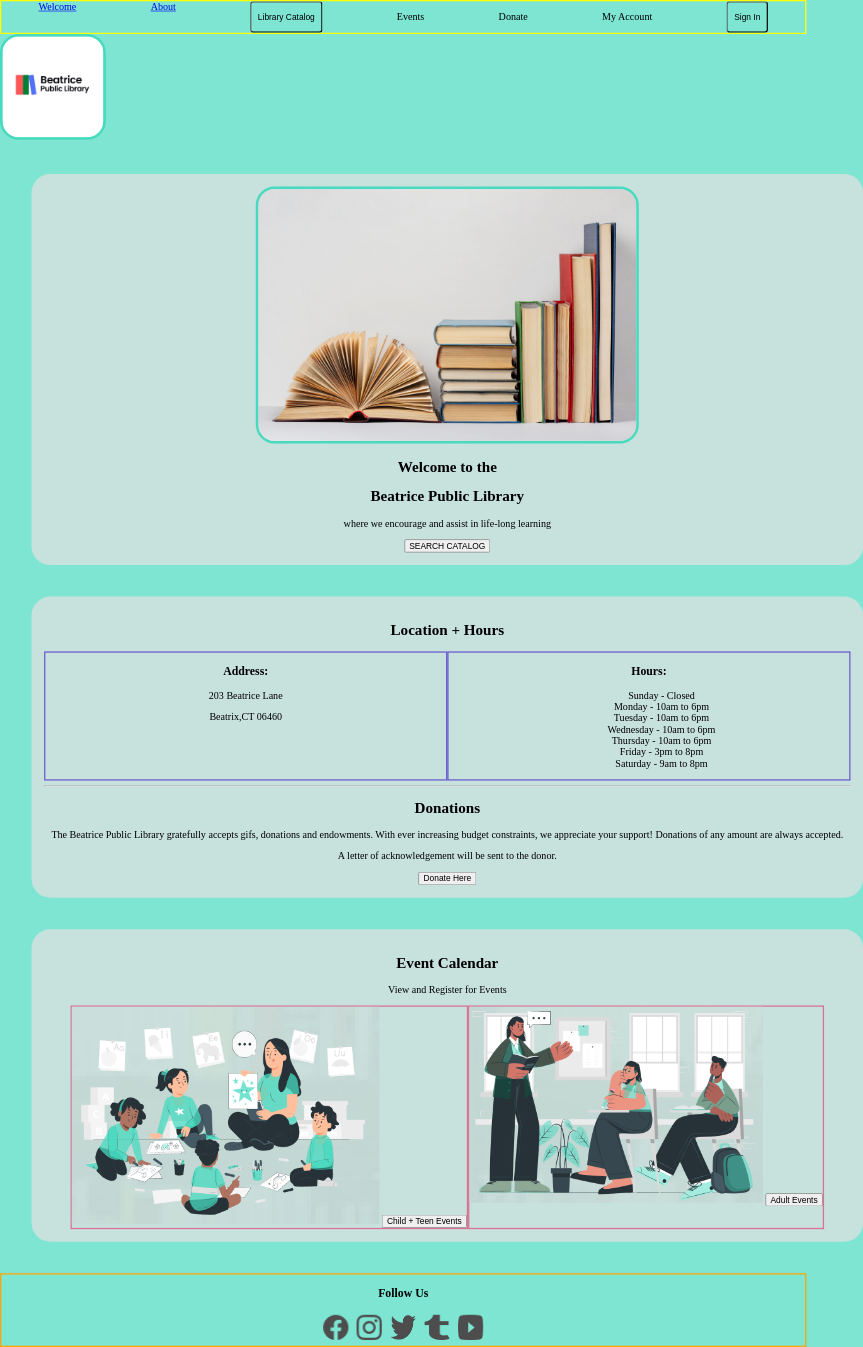
Repository: cokoduwa/RA-Wk5-Library
Page: index.html
The author's editor kept a copy of each file at every save. The page is drawn from the files as they stood at one save, then again after the next save.
The browser window is 1280 px wide. The page is 1370 px wide, so the pictures cover 1370 px, including what lies to the right of the window. The pictures show the whole page, at 63% of full size.

Above is the page before, as saved 2023-01-17 22:08:27.

### index.html
<!DOCTYPE html>
<html lang="en">
<head>
    <meta charset="UTF-8">
    <meta http-equiv="X-UA-Compatible" content="IE=edge">
    <meta name="viewport" content="width=device-width, initial-scale=1.0">
    <link rel="stylesheet" href="index.css">
    <title>Beatrice Public Library</title>
</head>
<body>
    <nav>
        <div class="menu-options">
            <a href="index.html">Welcome</a>
            <a href="about.html">About</a>
            <button>Library Catalog</button>
            <p>Events</p>
            <p>Donate</p>
            <p>My Account</p>
            <button>Sign In</button>
        </div>
    </nav>

    <main>

        <img id="logo" src="images/BPLcanvaLogo.jpeg" alt="BPL Logo">

        <section class="intro">
            <img src="images/books.png" alt="Books lined up">
            <h2>Welcome to the </h2>
            <h1>Beatrice Public Library</h1>
            <p>where we encourage and assist in life-long learning</p>
            <button>SEARCH CATALOG</button>
        </section>

        <section id="info">
            <h2>Location + Hours</h2>
            <div class="info">
                <div class="address">
                    <h3>Address: </h3>
                    <p>203 Beatrice Lane</p>
                    <p>Beatrix,CT 06460</p>
                </div>

                <div class="hours">
                    <h3>Hours:</h3>
                    <ul>
                        <li>Sunday - Closed</li>
                        <li>Monday - 10am to 6pm</li>
                        <li>Tuesday - 10am to 6pm</li>
                        <li>Wednesday - 10am to 6pm</li>
                        <li>Thursday - 10am to 6pm</li>
                        <li>Friday - 3pm to 8pm</li>
                        <li>Saturday - 9am to 8pm</li>
                    </ul>
                </div>

            </div>

            <hr>
            <h2>Donations</h2>
            <p>The Beatrice Public Library gratefully accepts gifs, donations and endowments. With ever
                increasing budget constraints, we appreciate your support! Donations of any amount are
                always accepted.</p>
            <p>A letter of acknowledgement will be sent to the donor.</p>
            <button>Donate Here</button>
        </section>

        <section class="events">
            <h2>Event Calendar</h2>
            <p>View and Register for Events</p>

            <div class="event-types">
                <div class="child">
                    <img src="images/child.png" alt="Teacher and children">
                    <button>Child + Teen Events</button>
                </div>

                <div class="adult">
                    <img src="images/adults.png" alt="Teacher and adult students">
                    <button>Adult Events</button>
                </div>

            </div>


        </section>

    </main>

    <footer>
        <h3>Follow Us</h3>
        <img class="social-media-logos" src="images/facebook.png" alt="Facebook Logo">
        <img class="social-media-logos" src="images/instagram.png" alt="Instagram Logo">
        <img class="social-media-logos" src="images/twitter.png" alt="Twitter Logo">
        <img class="social-media-logos" src="images/tumblr.png" alt="Tumblr Logo">
        <img class="social-media-logos" src="images/youtube.png" alt="YouTube Logo">
    </footer>

</body>
</html>

### index.css
body {
    margin: 0;
    background: rgb(70, 218, 191, 0.7);
}

/* main {
    background-image: url(images/library.png);
    opacity: 0.3;
    background-repeat: no-repeat;
} */

nav {
    border: 2px yellow solid;
}

.menu-options{
    display: flex;
    justify-content: space-around;
}

nav button {
    background: none;
    padding: 5px 10px;
    border-radius: 5px;
}

#logo {
    border: 2px green solid;
    width: 10em;
    border-radius: 30px;
    border: 4px solid #46DABF;
}

section{
    /* border: 2px blueviolet solid; */
    background: rgba(224, 224, 224, 0.75);
    width: 100%;
    margin: 50px;
    padding: 20px;
    border-radius: 30px;

}

.intro {
    text-align: center;
}

.intro img {
    width: 600px;
    height: 400px;
    border-radius: 30px;
    border: 4px solid #46DABF;
}

.info {
    display:grid;
    grid-template-columns: 1fr 1fr;

}

li {
    list-style: none;
}

#info{
    text-align: center;
}

.hours, .address {
    border: 2px slateblue solid;
}

.events h2, .events p {
    text-align: center;

}

.event-types{
    display: flex;
    justify-content: center;
    /* display: grid;
    grid-template-columns: 1fr 1fr; */
}

.child, .adult {
    border: 2px palevioletred solid;
}

footer {
    border: 2px orange solid;
    text-align: center;
}

.social-media-logos{
    width: 2.5em;
    height: 2.5em;
    padding: .3em;
}

After the next save:
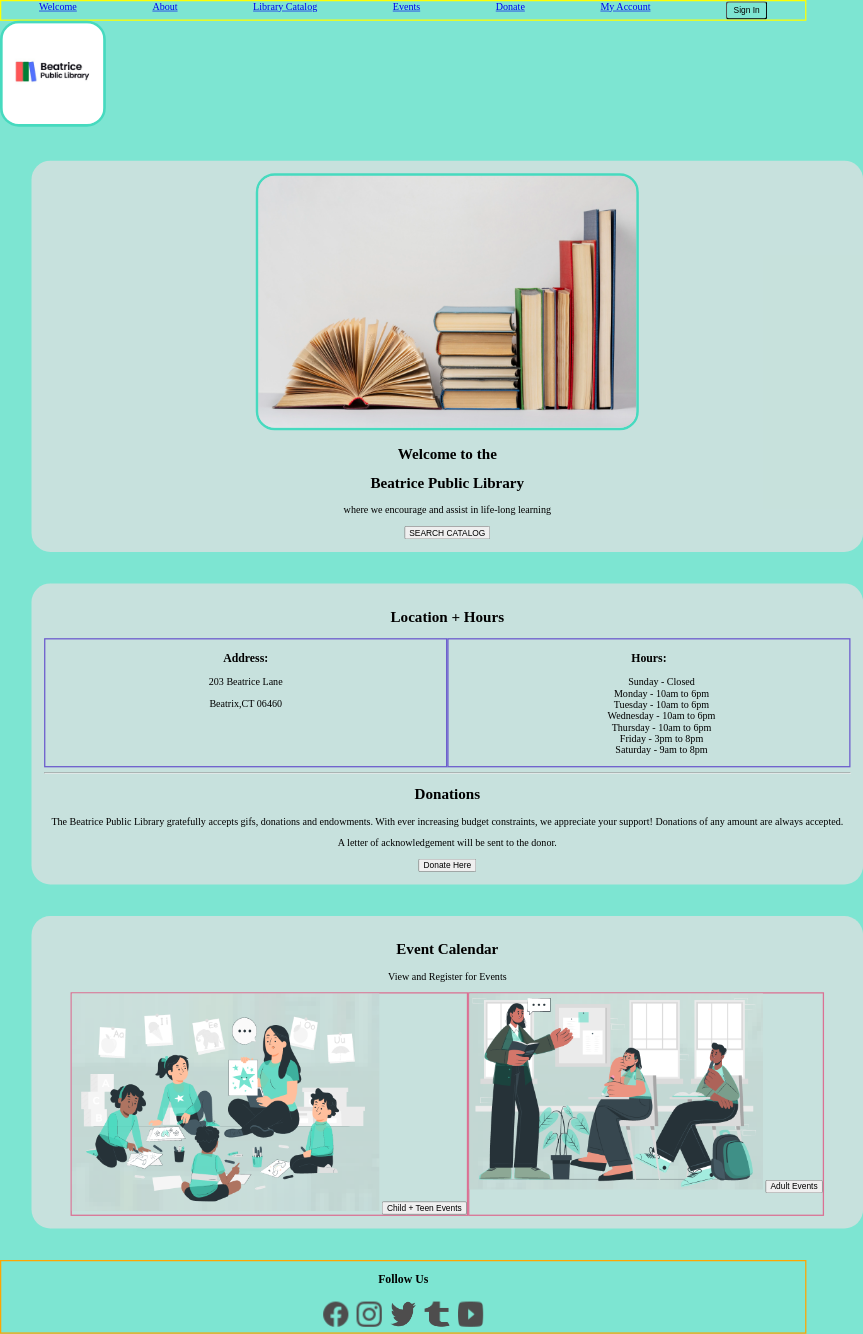
Saved 42 s later.
--- a/index.html
+++ b/index.html
@@ -12,10 +12,10 @@
         <div class="menu-options">
             <a href="index.html">Welcome</a>
             <a href="about.html">About</a>
-            <button>Library Catalog</button>
-            <p>Events</p>
-            <p>Donate</p>
-            <p>My Account</p>
+            <a href="#">Library Catalog</a>
+            <a href="#">Events</a>
+            <a href="#">Donate</a>
+            <a href="#">My Account</a>
             <button>Sign In</button>
         </div>
     </nav>
